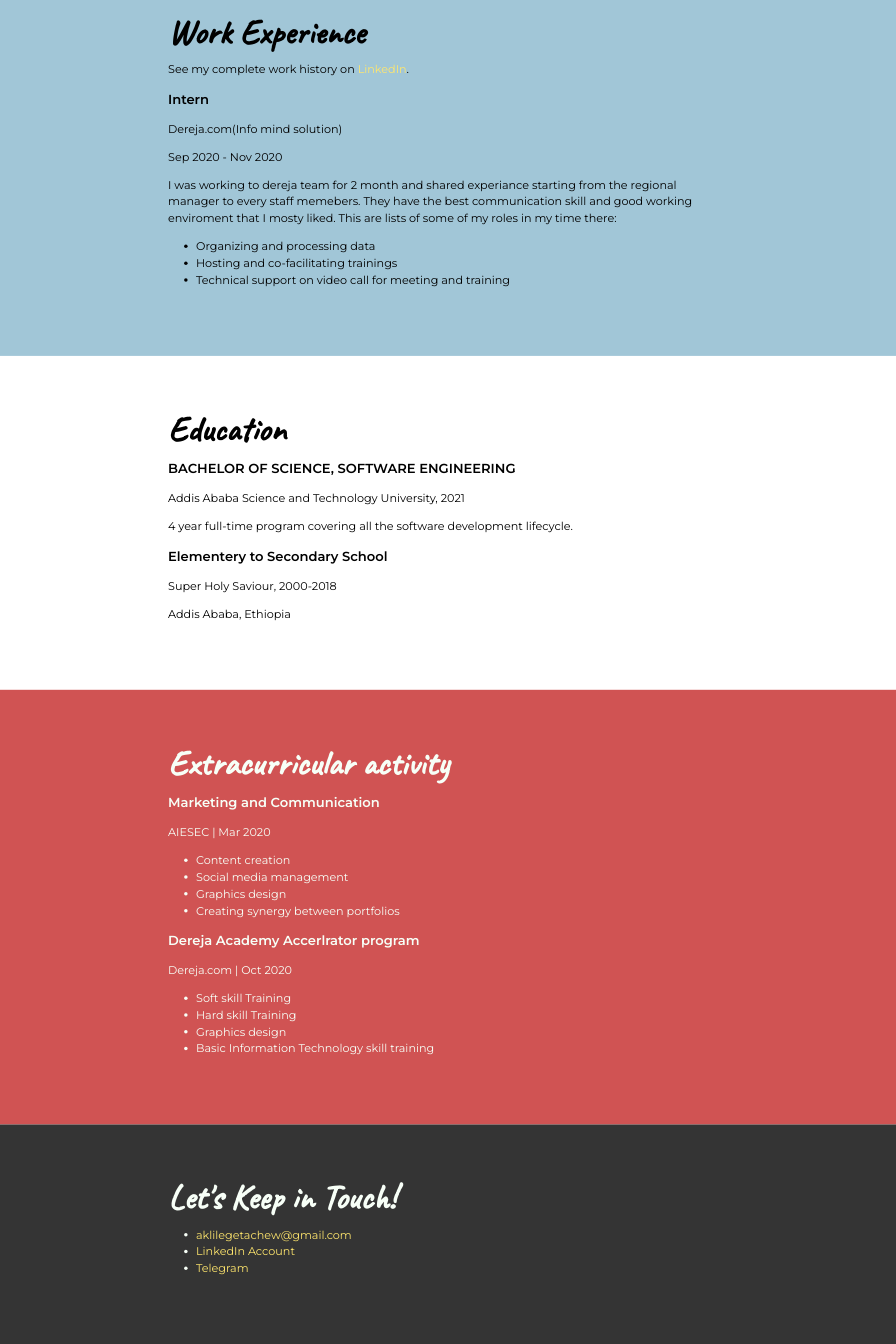
Repository: Aklilegetachew/my-Portfolio
Page: index.html
An editor plug-in stored every save of this project. The page is shown before and after the next save, followed by the edit.
The browser window is 1280 px wide. The pictures show the part of the page from y = 1469 to 3389 px (the page is 3389 px tall before and 3341 px after), at 70% of full size.

Above is the page before, as saved 2021-11-24 00:01:31.

### index.html
<!DOCTYPE html>
<html lang="en">
  <head>
    <meta charset="UTF-8">
    <meta name="viewport" content="width=device-width, initial-scale=1.0">
    <title>Aklile Getachew, Software Engineer</title>
     <link href="https://fonts.googleapis.com/css?family=Caveat|Montserrat:400,600&display=swap" rel="stylesheet">
    <link rel="stylesheet" href="css/styles.css">
  </head>
  <body>
    <main>
      <!-- ***********************  ABOUT / PROFILE  *********************** -->
      <header>
        <div class="content-wrap">
          <h1>Aklile Getachew</h1>
          <h2>Software Developer + Graphics Designer</h2>

          <p>Motivated software engineering graduate and technology enthusiast seeking
            to pursue an opportunity with a growing organization that will utilize and
            enhance my knowledge in software development or Information Technology.</p>
          <p>I’m also exploring more creative pursuits on Graphic designing </p>
        </div>
      </header>

      <!-- ********************  PROJECTS / PORTFOLIO  ********************* -->
      <section class="projects">
        <div class="content-wrap divider">
          <h2>Featured Projects</h2>
          <p>View selected projects below. More information can be found at <a href="http://christinatruong.com">my gitlab account. </a>.</p>

          <!-- Project 1 -->
          <section class="project-item">
              <img src="images/brana-home.jpg" alt="brana-home-page">
              <!-- <div class="image-stack-front"><img src="images/brana-play.jpg" alt="brana-play-page">
            </div> -->
            <h3>Brana Mobile application</h3>
            <p>Brana Audiobook Purchasing Application will provide audio books in different local languages
              for different target groups. Our application will provide book for students, readers, scientist,
              engineers, and researchers. This audio books will be from different category and with different
              genre to address most of the social groups.</p>
            <a class="btn" href="https://gitlab.com/bisrathailu793/brana/-/tree/master" target="_blank">See on Gitlab </a>
          </section>

          <!-- Project 2
          <section class="project-item">
            <img src="images/project-women-tech.jpg" alt="website thumbnail">
            <h3>Women&&Tech</h3>
            <p>Women&&Tech was launched in 2012 to feature interviews with different women working in the tech industry. I became familiar with them when I was invited to be one of the interviewees! A few years later, I joined the team and helped with the relaunch of the site as the front-end architect.</p>
            <a class="btn" href="http://christinatruong.com/projects/women-and-tech-redesign.html" target="_blank">View the case study</a>
          </section>

           Project 3
          <section class="project-item">
            <img src="images/project-wire-ipsum.jpg" alt="website thumbnail">
            <h3>The Wire Ipsum</h3>
            <p>After coming back from teaching a JavaScript workshop, I felt inspired to create something just for fun. I realized that of all the content/lorem ipsum generators available, there was nothing for HBO’s The Wire fans. I searched for <a href="http://thewireipsum.com" target="_blank">thewireipsum.com</a> domain and it was available! Generate some content for your projects today.</p>
            <a class="btn" href="http://thewireipsum.com" target="_blank">View live site</a>
          </section>-->
        </div>
      </section>

      <!-- ***********************  WORK EXPERIENCE  *********************** -->
      <section class="work-experience">
        <div class="content-wrap divider">
          <h2>Work Experience</h2>
          <p>See my complete work history on <a href="https://www.linkedin.com/in/aklile-getachew-673050181/">LinkedIn</a>.</p>

          <!-- Job 1 -->
          <section class="job-item">
            <div class="job-details">
              <h3>Intern</h3>
              <p>Dereja.com(Info mind solution) </p>
              <p>Sep 2020 - Nov 2020</p>
            </div>
            <div class="job-summary">
              <p>I was working to dereja team for 2 month and  shared experiance starting from the regional manager to every staff memebers. They have the best communication skill and good working enviroment that I mosty liked. This are lists of some of my roles in my time there:</p>
              <ul>
                <li>Organizing and processing data</li>
                <li>Hosting and co-facilitating trainings</li>
                <li>Technical support on video call for meeting and training</li>
              </ul>
            </div>
          </section>
        </div>
      </section>

      <!-- ******************  EDUCATION & CERTIFICATIONS ****************** -->
      <section class="education item-details">
        <div class="content-wrap">
          <h2>Education</h2>

          <section>
            <h3>BACHELOR OF SCIENCE, SOFTWARE ENGINEERING</h3>
            <p>Addis Ababa Science and Technology University, 2021</p>
            <p>4 year full-time program covering all the software development lifecycle.</p>
          </section>

          <section>
            <h3>Elementery to Secondary School</h3>
            <p>Super Holy Saviour, 2000-2018</p>
            <p>Addis Ababa, Ethiopia </p>
          </section>
        </div>
      </section>

      <!-- ******************  E X T R A C U R R I C U L A R A C T I V I T Y ****************** -->
      <section class="extracurricular">
        <div class="content-wrap">
          <h2>Extracurricular activity</h2>

          <section>
            <h3>Marketing and Communication</h3>
            <p>AIESEC | Mar 2020
              <ul>
                <li>Content creation</li>
                <li>Social media management</li>
                <li>Graphics design</li>
                <li>Creating synergy between portfolios</li>
              </ul>
            </p>

          </section>
          <section>
            <h3>Dereja Academy Accerlrator program</h3>
            <p>Dereja.com | Oct 2020
              <ul>
                <li>Soft skill Training</li>
                <li>Hard skill Training</li>
                <li>Graphics design</li>
                <li>Basic Information Technology skill training</li>
              </ul>
            </p>

          </section>
        </div>
      </section>

      <!-- *****************  CONTACT INFO / SOCIAL MEDIA  ***************** -->
      <footer>
        <div class="content-wrap">
          <h2>Let's Keep in Touch!</h2>

          <!-- Social media and contact links. Add or remove any networks. -->
          <ul class="contact-list">
            <li><a href="aklilegetachew@gmail.com">aklilegetachew@gmail.com</a></li>
            <li><a href="https://www.linkedin.com/in/aklile-getachew-673050181/" target="_blank">LinkedIn Account</a></li>
            <li><a href="https://t.me/AKG47" target="_blank">Telegram</a></li>
          </ul>
        </div>
      </footer>
    </main>
  </body>
</html>

### css/styles.css
/*
COLOR PALETTE
https://coolors.co/f7fff7-343434-2f3061-ffe66d-a1c6d7
#F7FFF7 - almost white
#343434 - dark gray - almost black
#2F3061 - blue dark
#FFE66D - yellow
#A1C6D7 - blue light
#D05353 - indian red
*/

/* global
======================================================*/
img{
    width: 300px;
    height: 640px;
}
a{
    color: #FFE66D ;
    text-decoration: none;
}
body{
    margin: 0;
    padding: 0;
    font-family: 'Montserrat', sans-serif;
    line-height: 1.5em;
}
h1{
    font-size: 90px;
    margin: 0;

}
h2{
    margin: 0;
    font-size: 50px;
}
h1, h2 {
    font-family: 'Caveat', cursive;
    line-height: 1em;
}
.content-wrap{
    width: 800px;
    margin: 0 auto;
    padding: 80px 0;
}

/* Heading
======================================================*/
header{
    background-color: #2F3061 ;
    color: #F7FFF7;
    text-align: center;
}



/* projects
======================================================*/

.projects{
    background-color: #F7FFF7 ;

}

.project-item{
    clear: both;
    margin-top: 60px;
    display: inline-block;
}
.project-item h3{
    margin-top: 0;
}

.project-item img{
    float: left;
    margin-right: 20px;
    width: 300px;
    height: 640px;
}

.image-stack-back{
    position: relative;

    z-index: 100;
}

.image-stack-front{
    position: static;
    bottom: 20px;
    left: 20px;
    z-index: 200;
}


.projects a{
    color: #343434 ;

}
.projects .btn{
    color: #F7FFF7;
    background-color: #2F3061;
    text-decoration: none;
    padding: 8px;
    border-radius: 4px;
    display: inline-block;
}

/* Work experiance
=======================================================*/
.work-experience{
    background-color: #A1C6D7;

}


/* extracurricular
=======================================================*/
.extracurricular{
    background-color: #D05353;
    color: #F7FFF7;

}

/* footer
=======================================================*/
footer{
    background-color: #343434 ;
    color: #F7FFF7;
}

After the next save:
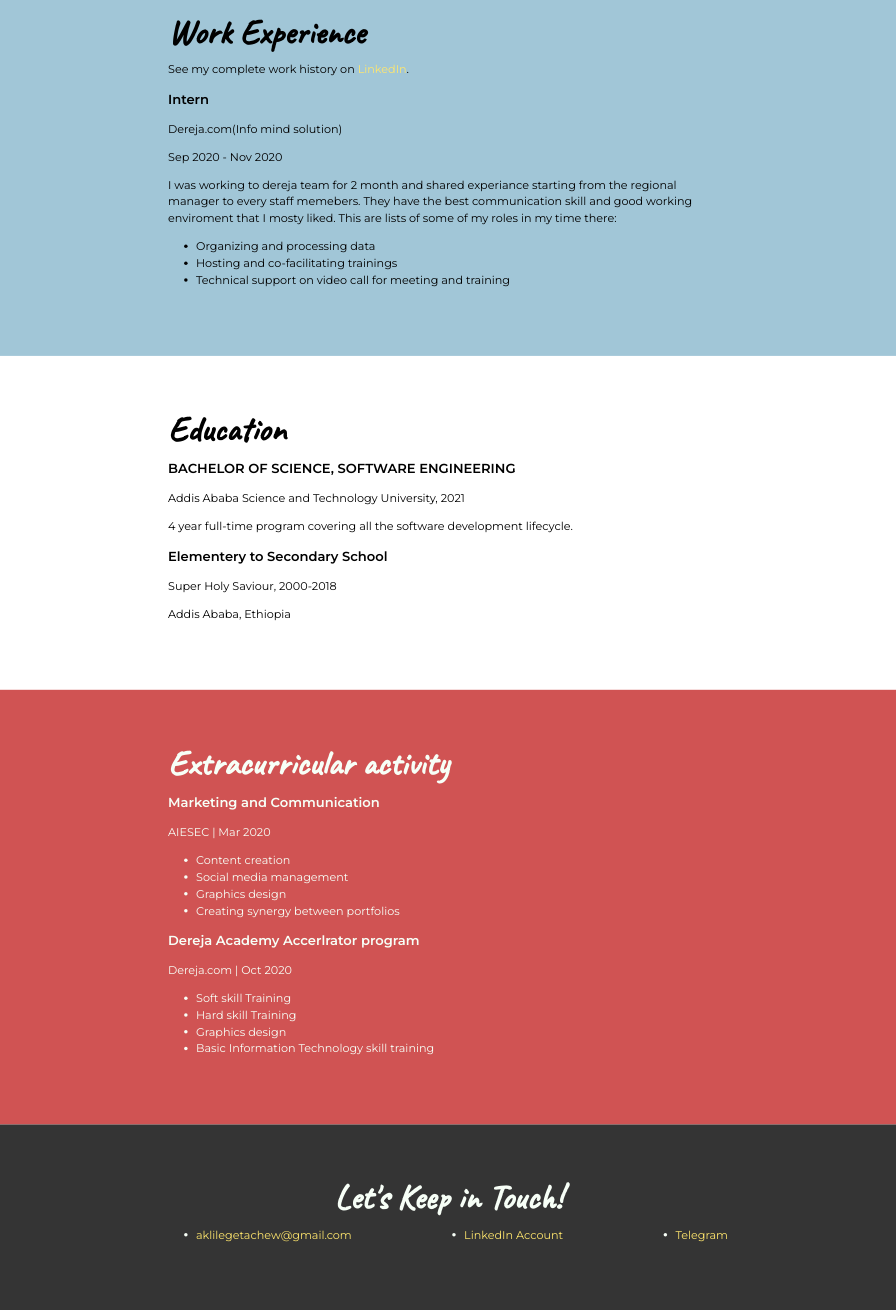
Saved 105 s later.
--- a/css/styles.css
+++ b/css/styles.css
@@ -126,4 +126,10 @@
 footer{
     background-color: #343434 ;
     color: #F7FFF7;
+    text-align: center;
 }
+
+.contact-list{
+    display: flex;
+    justify-content: space-between;
+}
